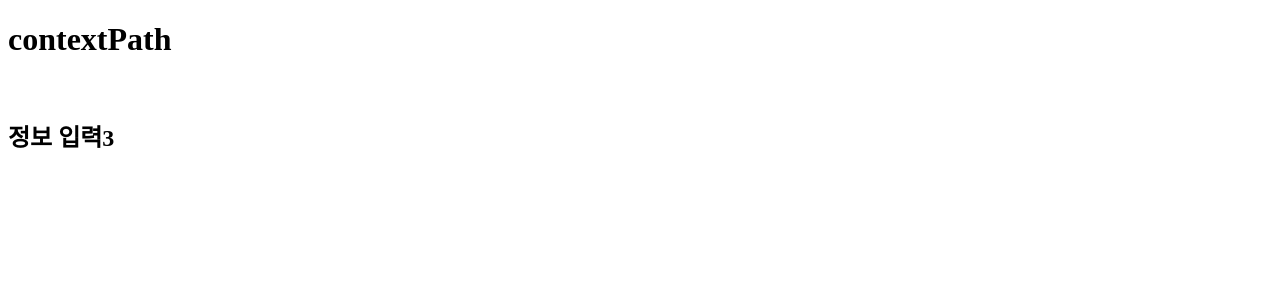
Repository: Jh1227/JSP
Page: http://localhost/12_EL/ex04_pageContext/pageContext.jsp
These files come from the project's save history. The page is drawn as it stood at one moment and after the next save; the edit follows.
The browser window is 1280 px wide. The pictures show the whole page.
The page is served by Tomcat 9. Other server files are loaded and not shown.

Above is the page before, as saved 2023-04-10 02:15:39.

### 12_EL/src/main/webapp/ex04_pageContext/pageContext.jsp

<!-- ex04_pageContext/pageContext.jsp -->

<%@ page language="java" contentType="text/html; charset=UTF-8"
    pageEncoding="UTF-8"%>
<!DOCTYPE html>
<html>
<head>
<meta charset="UTF-8">
<title>pageContext.jsp</title>
</head>
<body>
	<h1>contextPath</h1>
	<br>
	<h2>
		<a>정보 입력3</a>
	</h2>
</body>
</html>

After the next save:
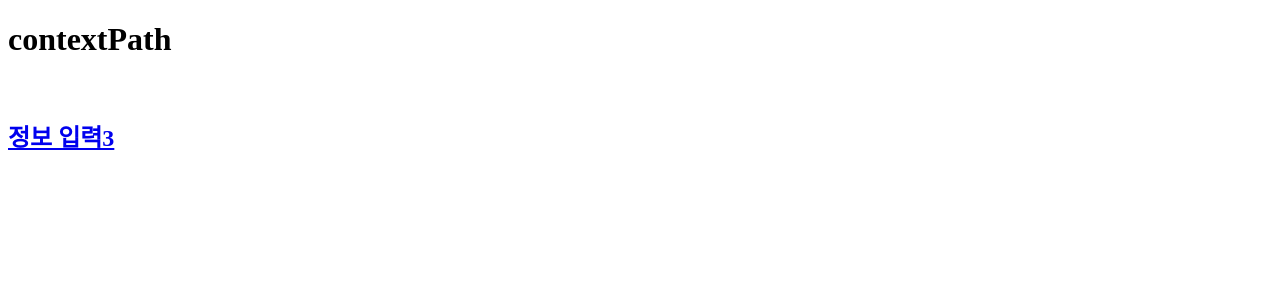
Saved 83 s later.
--- a/12_EL/src/main/webapp/ex04_pageContext/pageContext.jsp
+++ b/12_EL/src/main/webapp/ex04_pageContext/pageContext.jsp
@@ -13,7 +13,7 @@
 	<h1>contextPath</h1>
 	<br>
 	<h2>
-		<a>정보 입력3</a>
+		<a href ="http://localhost:8080/12_EL/ex04_pageContext/memberForm3.jsp">정보 입력3</a>
 	</h2>
 </body>
 </html>
